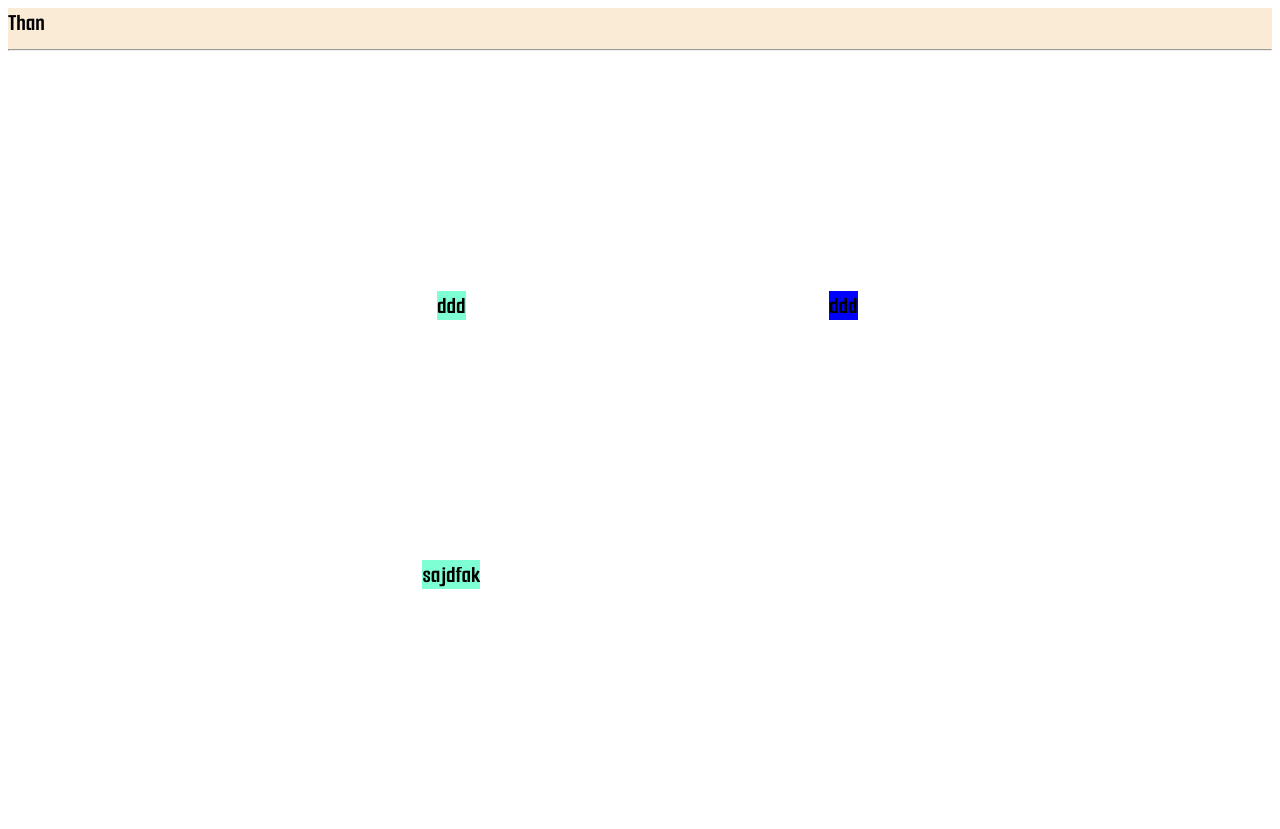
Repository: Than-dot/Than-dot
Page: index.html
These files come from the project's save history. The page is drawn as it stood at one moment and after a run of saves; the edit follows.
The browser window is 1280 px wide. The pictures show the whole page.

Above is the page before, as saved 2026-04-22 12:34:50.

### index.html
<!doctype html>
<html lang="en">
  <head>
    <meta charset="UTF-8" />
    <meta name="viewport" content="width=device-width, initial-scale=1.0" />
    <title>Than</title>
    <link rel="stylesheet" href="styles/global.css" />
    <link rel="stylesheet" href="styles/index.css" />
  </head>

  <body>
    <header>
      <nav>Than</nav>
      <hr />
    </header>
    <main class="container">
      <article>ddd</article>
      <aside>ddd</aside>
      <article class="stats">sajdfak</article>
    </main>
    <article></article>
    <aside></aside>
  </body>
</html>

### styles/global.css
@font-face {
  font-family: Smooch-Sans;
  src: url(/assets/font/Roboto,Smooch_Sans/Smooch_Sans/SmoochSans-VariableFont_wght.ttf);
}

body {
  font-family: Smooch-Sans, sans-serif;
  font-weight: bold;
  font-size: 1.5rem;
}

### styles/index.css
.container {
  margin: 15rem;
  display: grid;
  grid-template-columns: auto auto;
}

header {
  background-color: antiquewhite;
}

article {
  background-color: aquamarine;
  margin: auto;
}

aside {
  background-color: blue;
  margin: auto;
}

.stats {
  margin-top: 15rem;
}

After the next 2 saves:
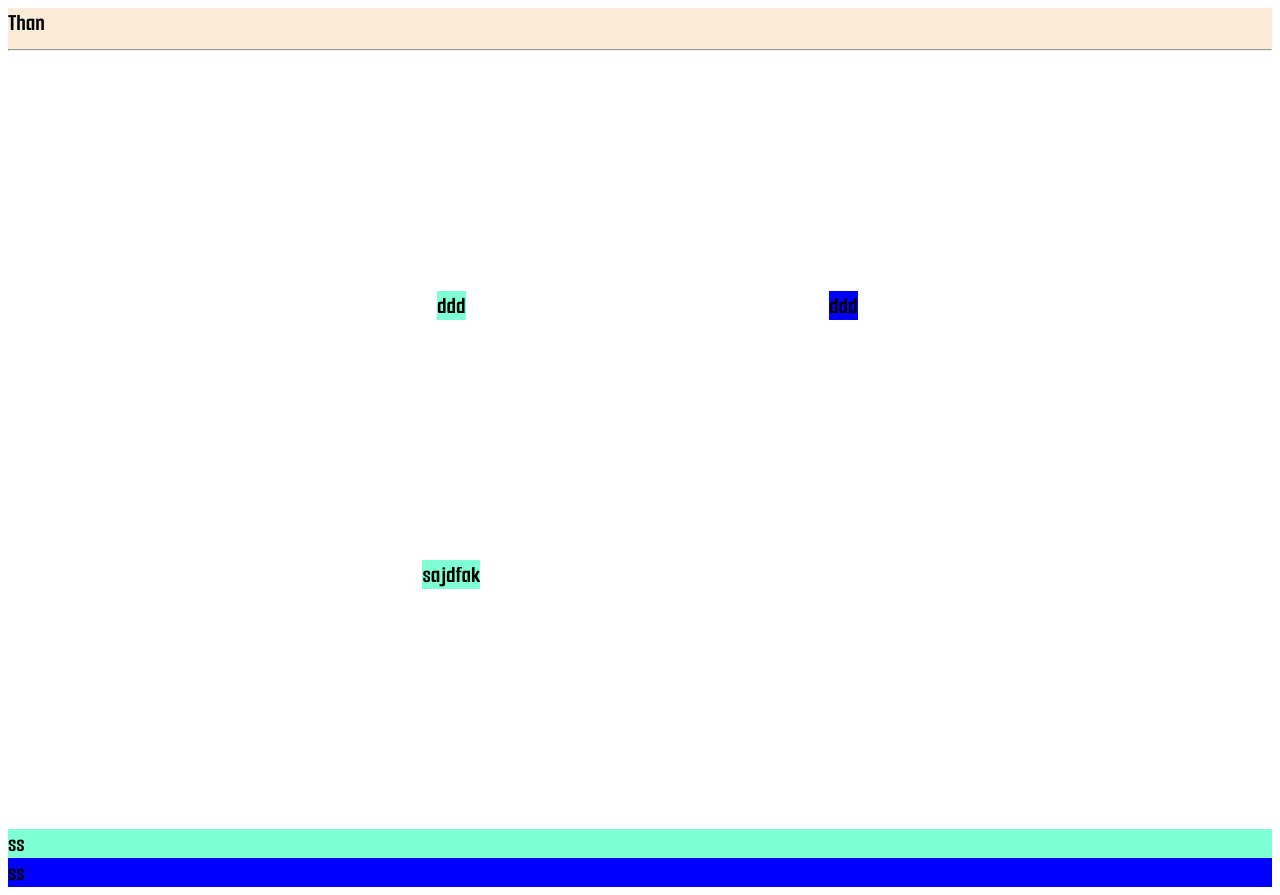
The 2 saves are shown as one change because they came seconds apart.
The last was saved 6 s later.
--- a/index.html
+++ b/index.html
@@ -18,7 +18,7 @@
       <aside>ddd</aside>
       <article class="stats">sajdfak</article>
     </main>
-    <article></article>
-    <aside></aside>
+    <article>ss</article>
+    <aside>ss</aside>
   </body>
 </html>
